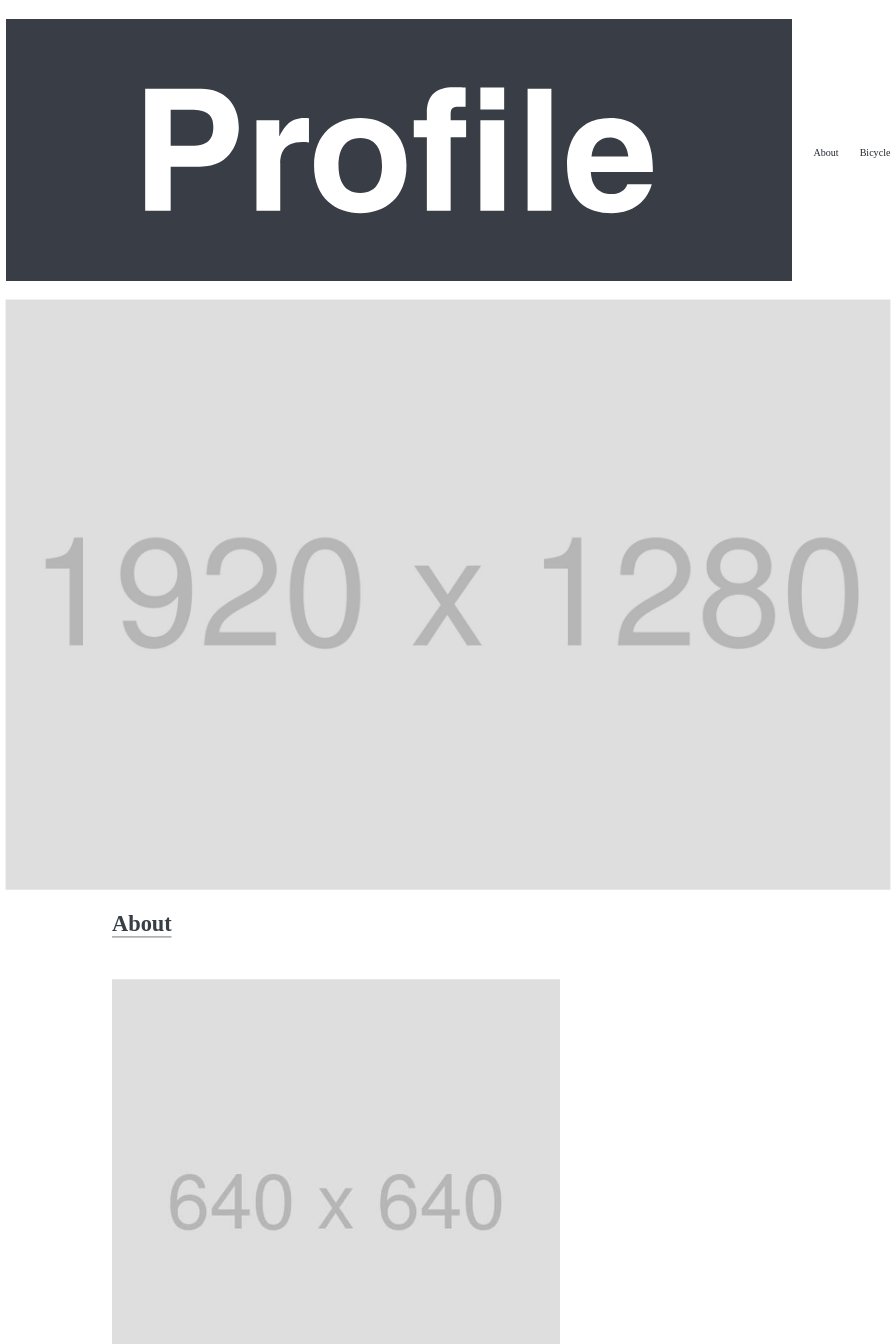
Repository: Fuki-san/bicycle
Page: http://localhost/profile
The author's editor kept a copy of each file at every save. The page is drawn from the files as they stood at one save, then again after the next save.
The browser window is 1280 px wide. The pictures show the part of the page from y = 0 to 1920 px (the page is 4303 px tall before and 3982 px after), at 70% of full size.
The page is served by the project's Laravel application, run on PHP 8.4 with Laravel 10.

Above is the page before, as saved 2023-11-18 15:17:14.

After the next save:
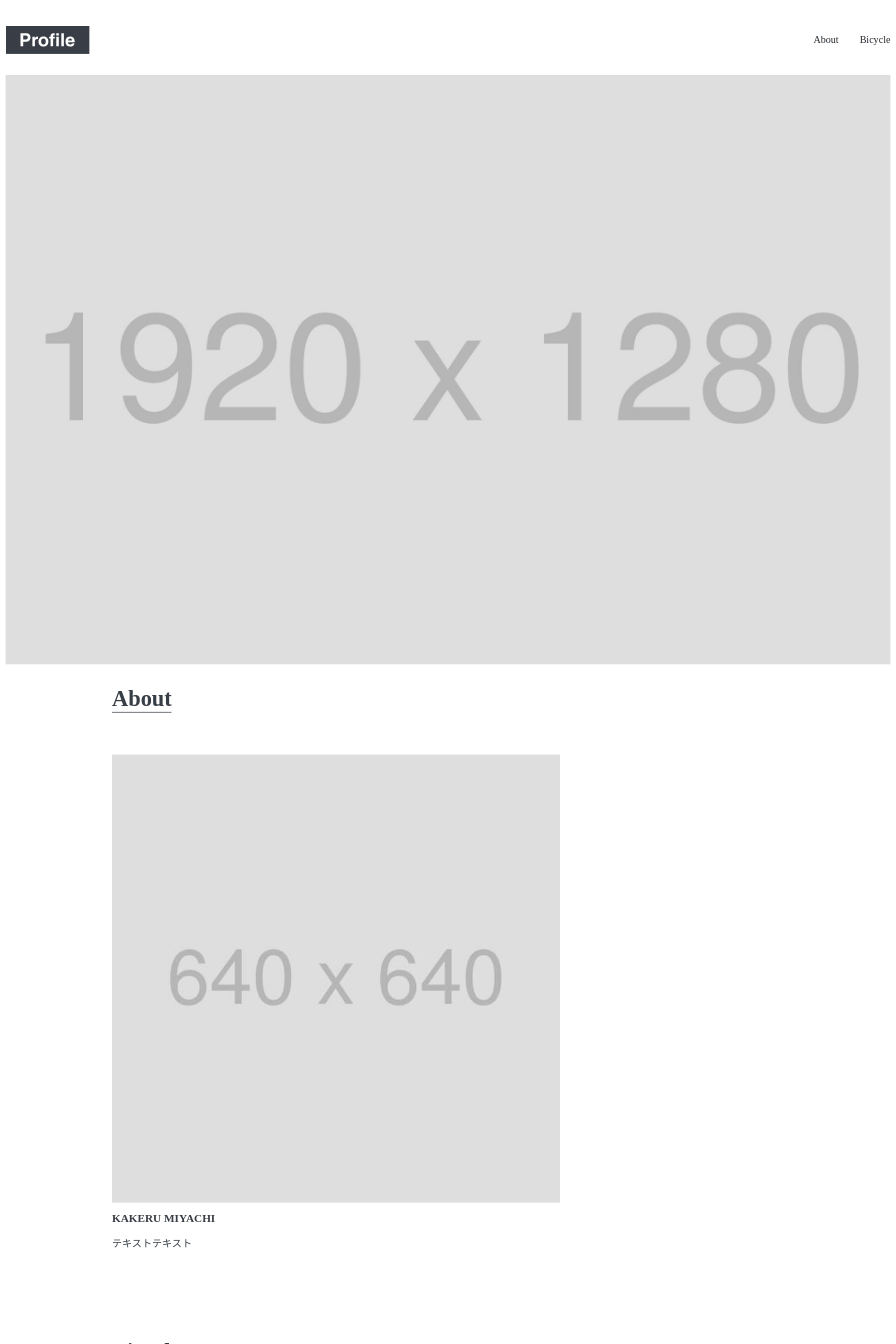
Saved 78 s later.
--- a/resources/views/bicycle.blade.php
+++ b/resources/views/bicycle.blade.php
@@ -4,7 +4,7 @@
 
 @section('content')
     <header id="header">
-        <h1 id="site-title"><a href="{{ route('profile') }}"><img src="img/logo.svg"></a></h1>
+        <h1 class="site-title"><a href="{{ route('profile') }}"><img src="img/logo.svg"></a></h1>
         <nav>
             <ul>
                 <li><a href="#about">About</a></li>
